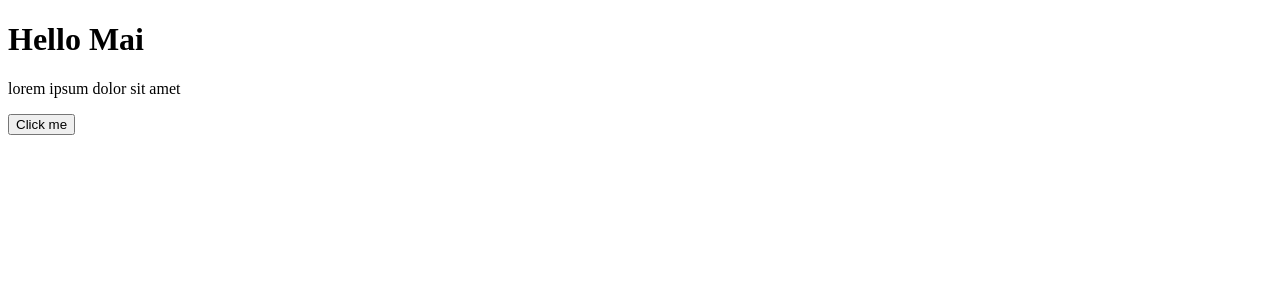
Repository: MaiCrespo/BlogEntry
Page: /
These files come from the project's save history. The page is drawn as it stood at one moment and after the next save; the edit follows.
The browser window is 1280 px wide. The pictures show the whole page.
The project was rebuilt for these pictures with package versions that can differ from the ones it lists, and the page was loaded fresh each time. Also part of the build but not shown: vite.config.js, src/index.css.

Above is the page before, as saved 2025-09-10 13:34:08.

### index.html
<!DOCTYPE html>
<html lang="en">
  <head>
    <meta charset="UTF-8" />
    <link rel="icon" type="image/png+xml" href="/FaviconWilbur.png" />
    <meta name="viewport" content="width=device-width, initial-scale=1.0" />
    <title>Mai yahoo</title>
  </head>
  <body>
    <div id="root"></div>
    <script type="module" src="/src/main.jsx"></script>
  </body>
</html>

### src/App.jsx
function App() {
  return (
    <div>
      <h1>Hello Mai</h1>
      <p>lorem ipsum dolor sit amet</p>
      <button>Click me</button>
    </div>
  );
}

export default App;

Loaded but not shown: src/main.jsx (common file)

After the next save:
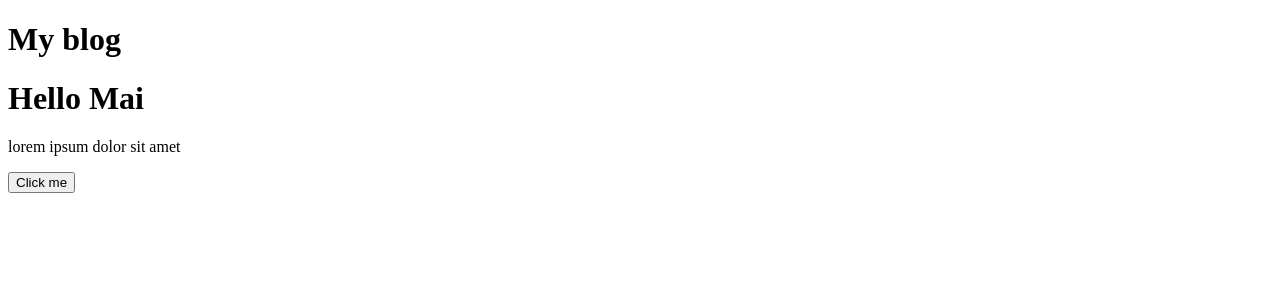
Saved 7 min 30 s later.
--- a/src/App.jsx
+++ b/src/App.jsx
@@ -1,4 +1,12 @@
 function App() {
+  return (
+    <div>
+      <h1>My blog</h1>
+      <BlogEntry />
+    </div>
+  );
+}
+function BlogEntry() {
   return (
     <div>
       <h1>Hello Mai</h1>
@@ -7,5 +15,4 @@ function App() {
     </div>
   );
 }
-
 export default App;
